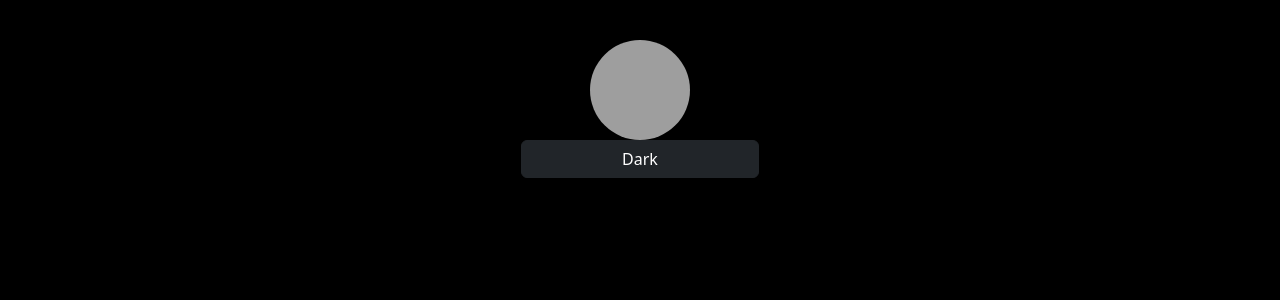
Repository: noahcallen/LAB-link-in-bio
Page: index.html
An editor plug-in stored every save of this project. The page is shown before and after the next save, followed by the edit.
The browser window is 1280 px wide. The pictures show the whole page.
Pictures or frames that could not be fetched are drawn as grey boxes.

Above is the page before, as saved 2024-07-13 13:00:03.

After the next save:
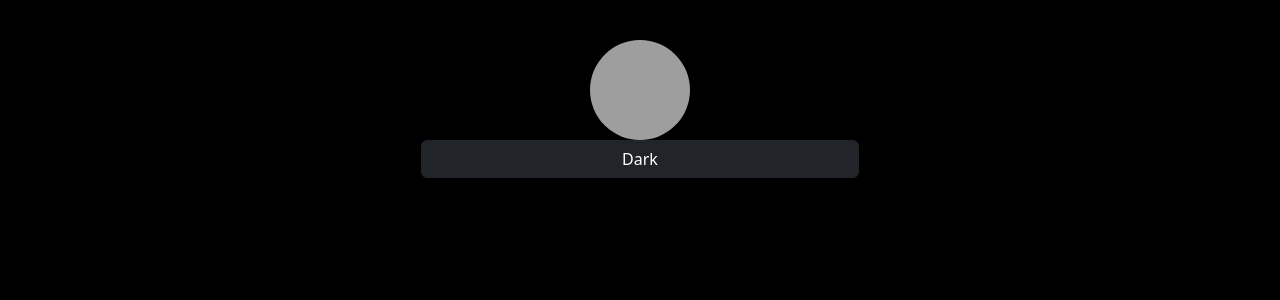
Saved 14 s later.
--- a/main.css
+++ b/main.css
@@ -17,6 +17,6 @@ body {
 .btn {
   display: flex;
   justify-content: center;
-  padding-left: 100px;
-  padding-right: 100px;
+  padding-left: 200px;
+  padding-right: 200px;
 }
